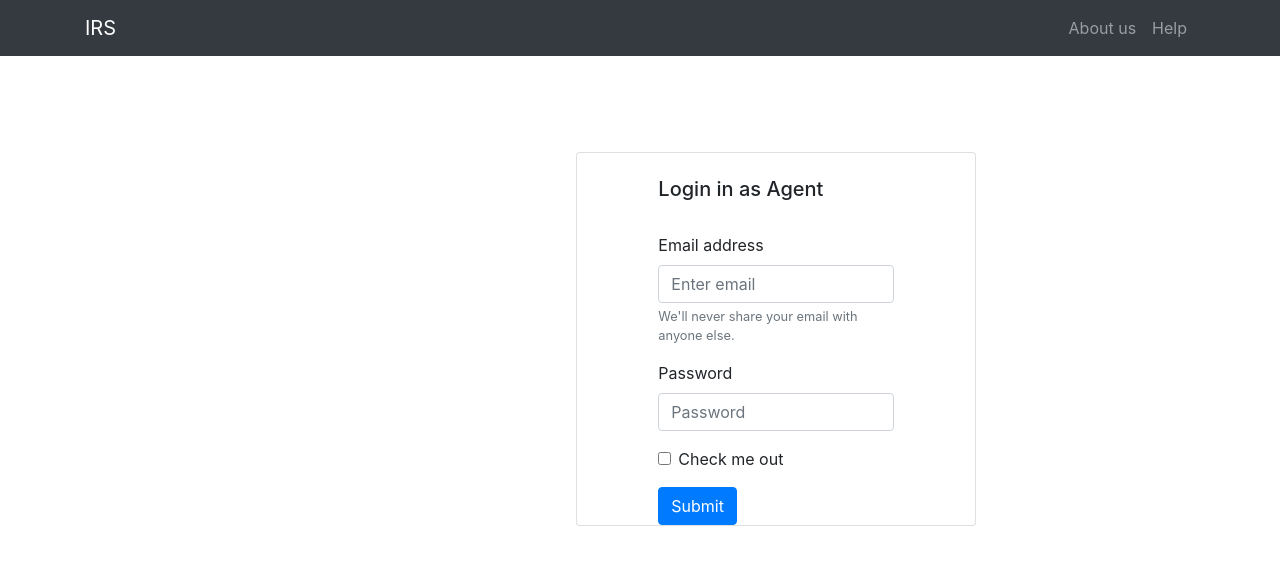
Repository: greeshmavyas/IRS_CS
Page: / (app in AgentManagement/Frontend/)
These files come from the project's save history. The page is drawn as it stood at one moment and after the next save; the edit follows.
The browser window is 1280 px wide. The pictures show the whole page.
Some web libraries are served in a nearby version. The project was rebuilt for these pictures with package versions that can differ from the ones it lists, and the page was loaded fresh each time. Also part of the build but not shown: AgentManagement/Frontend/src/components/NavbarDash.js, AgentManagement/Frontend/src/components/Sidebar.js, AgentManagement/Frontend/src/components/Dashboard.js, AgentManagement/Frontend/src/components/Settings.js, AgentManagement/frontend/src/App.css.

Above is the page before, as saved 2020-10-26 16:28:34.

After the next save:
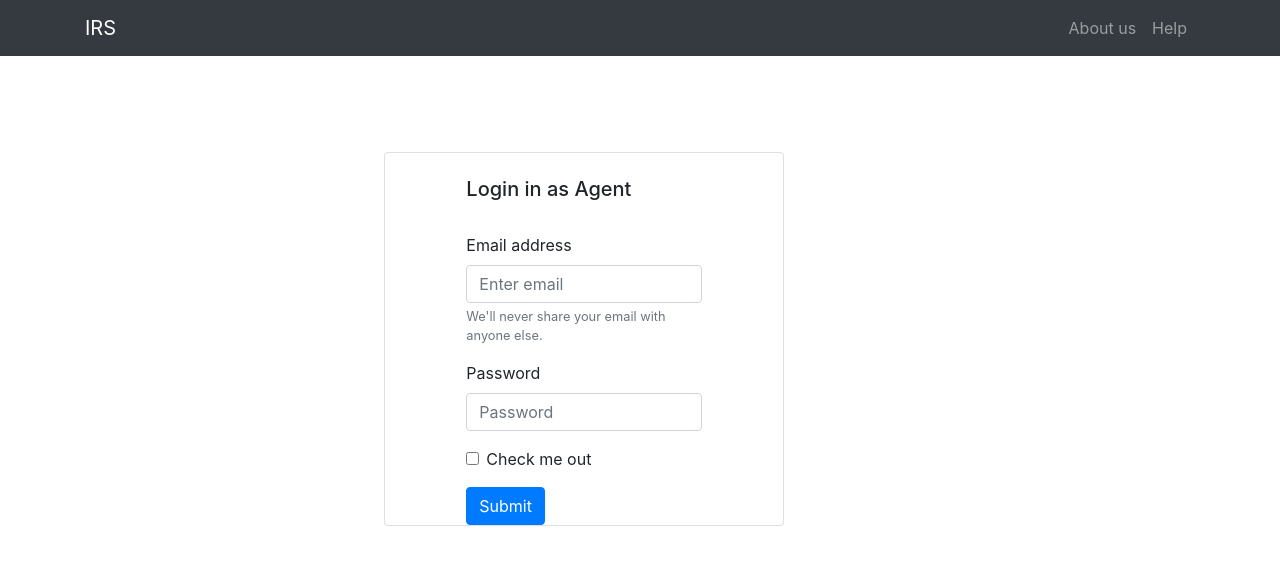
Saved 6 s later.
--- a/AgentManagement/Frontend/src/components/login.js
+++ b/AgentManagement/Frontend/src/components/login.js
@@ -29,7 +29,7 @@ class login extends Component {
         <br></br>
         <br></br>
         <br></br>
-          <Card style={{ width: '25rem', 'margin-left': '45%' }}>
+          <Card style={{ width: '25rem', 'margin-left': '30%' }}>
             <div className="container">
               <div className="row">
                 <div className="col-md-8 m-auto">
